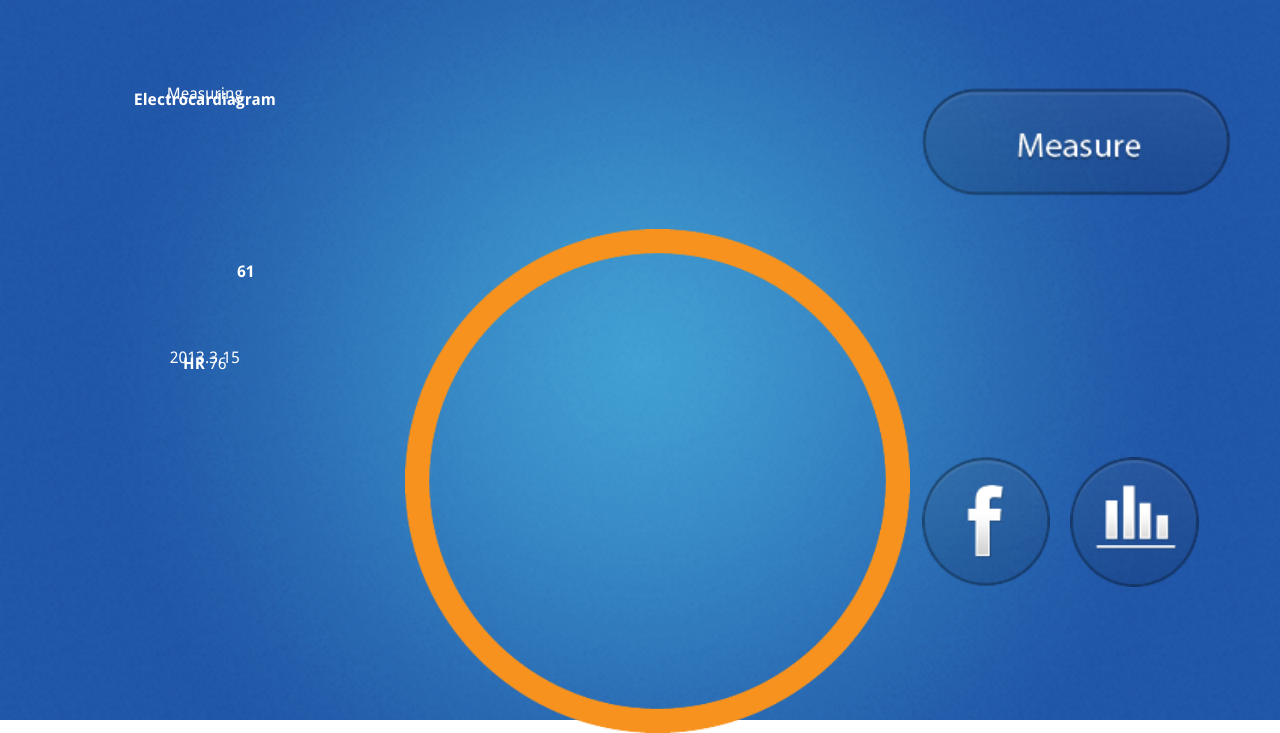
Repository: chouwill79131/IEcontest
Page: BluetoothChat/assets/complete.html
The author's editor kept a copy of each file at every save. The page is drawn from the files as they stood at one save, then again after the next save.
The browser window is 1280 px wide. The pictures show the whole page.

Above is the page before, as saved 2013-03-08 18:03:50.
Console error: TypeError: Cannot set properties of null (setting 'innerHTML')

After the next save:
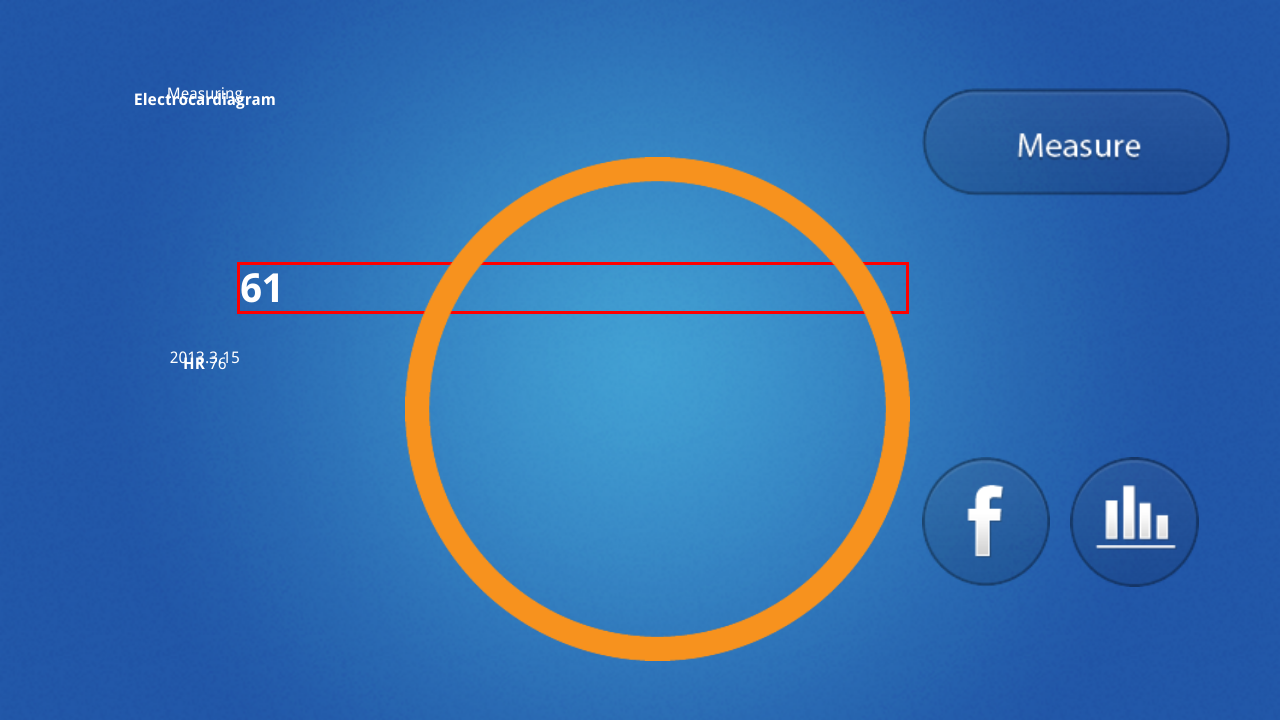
Saved 78 s later.
--- a/BluetoothChat/assets/complete.css
+++ b/BluetoothChat/assets/complete.css
@@ -23,8 +23,8 @@ body { margin:0; padding:0;}
 
 .mid { width: 41%; }
 .circle { width: auto; height:70%; margin-left: 4%; }
-.score { color:white;margin-top:50%; z-index: 1;  margin-left:-28% ; font-family: DroidSans-Bold ;}
-.circle { margin-top: -10%; z-index: 2; }
+.score { border:solid red ; color:white;margin-top:50%; z-index: 1;  margin-left:-28% ; font-family: DroidSans-Bold ;font-size: 30pt;}
+.circle { margin-top: -30%; z-index: 2; }
 
 .right { width: 29%; }
 .right button { float: left; border: none; background: transparent; }
